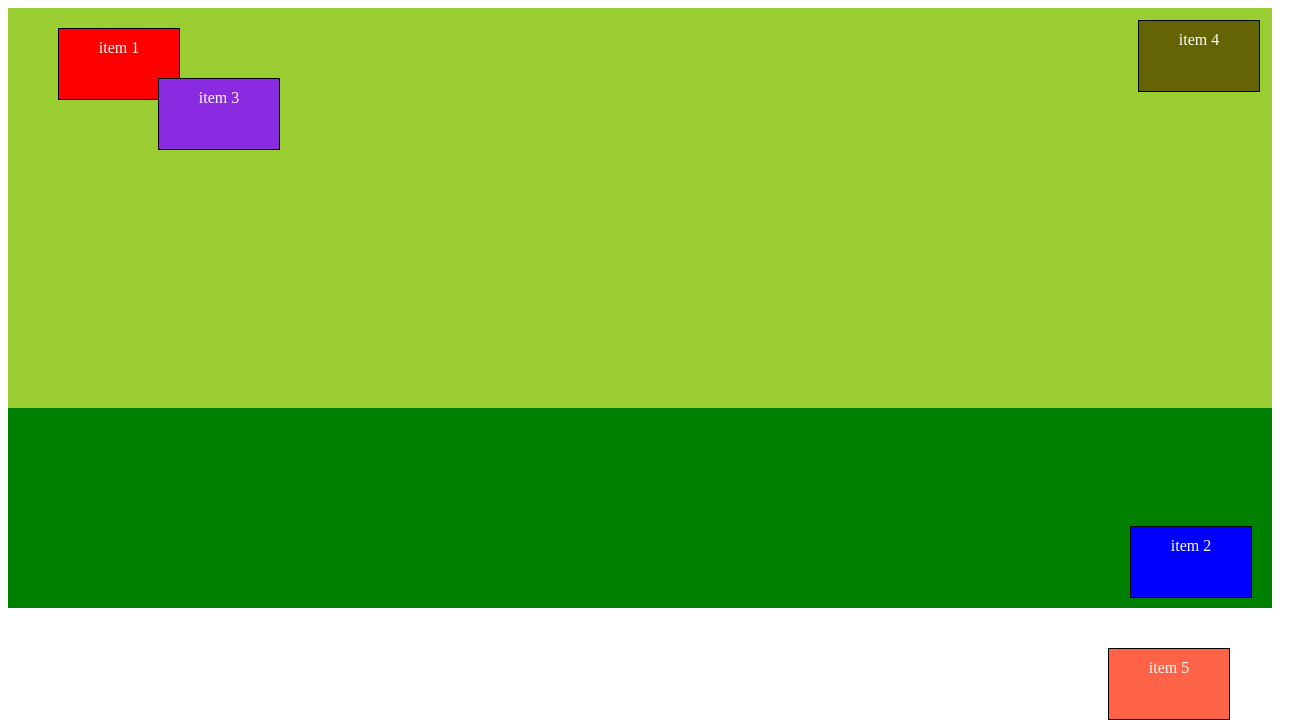
Repository: nmaury/TpsCambodge
Page: InternetProgramming/Css/sample.html
An editor plug-in stored every save of this project. The page is shown before and after the next save, followed by the edit.
The browser window is 1280 px wide. The page is 1280 px wide, then 1312 px, then 1280 px, so the pictures cover 1312 px, including what lies to the right of the window. The pictures show the whole page.

Above is the page before, as saved 2022-12-06 03:00:22.

After the next save:
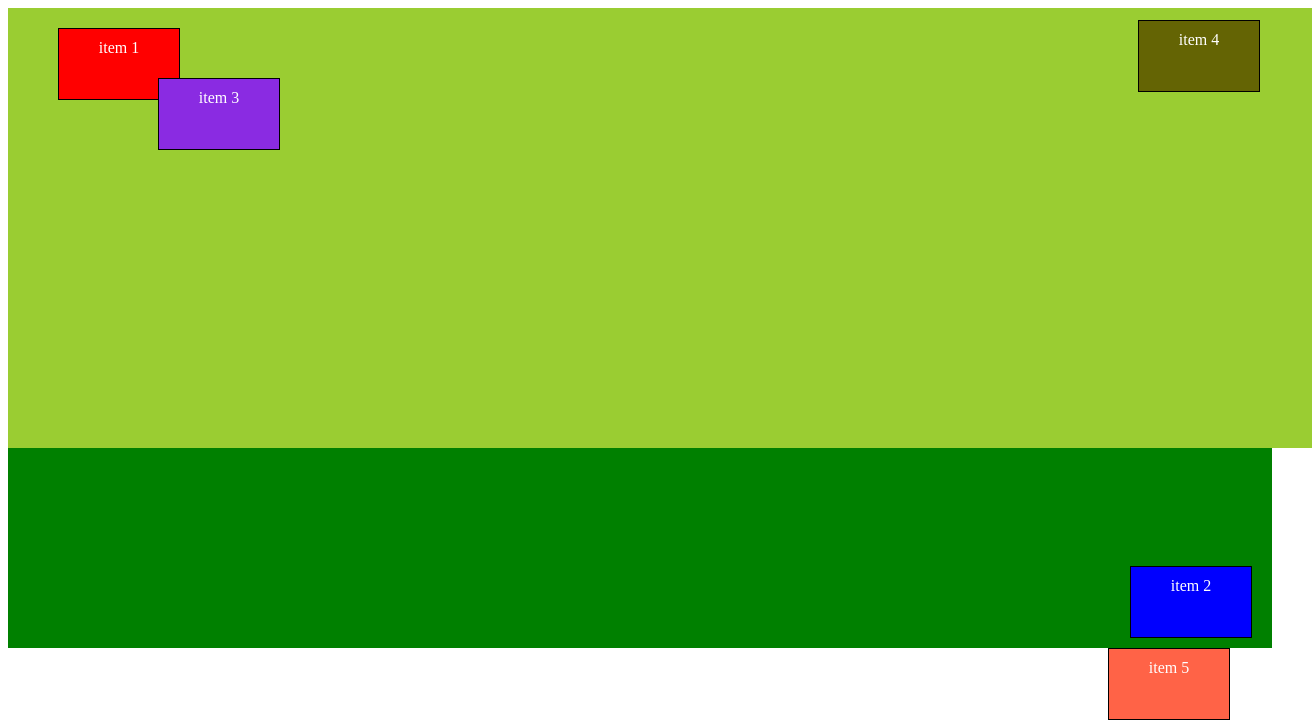
Saved 16 s later.
--- a/InternetProgramming/Css/sample.css
+++ b/InternetProgramming/Css/sample.css
@@ -36,6 +36,7 @@
     bottom: 0px;
 }
 .parent{
+    padding: 20px;
     background-color: yellowgreen;
     width: 100%;
     height: 400px;

After the save that followed:
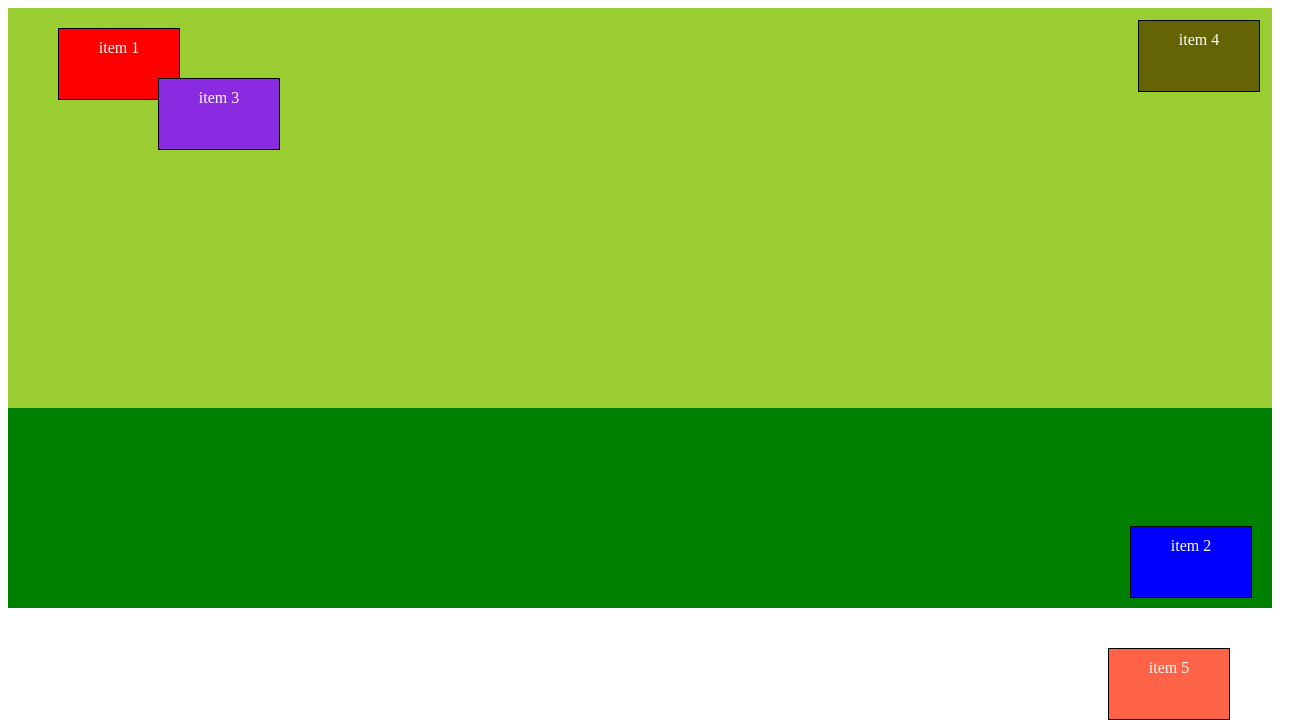
Saved 13 s later.
--- a/InternetProgramming/Css/sample.css
+++ b/InternetProgramming/Css/sample.css
@@ -36,7 +36,6 @@
     bottom: 0px;
 }
 .parent{
-    padding: 20px;
     background-color: yellowgreen;
     width: 100%;
     height: 400px;
